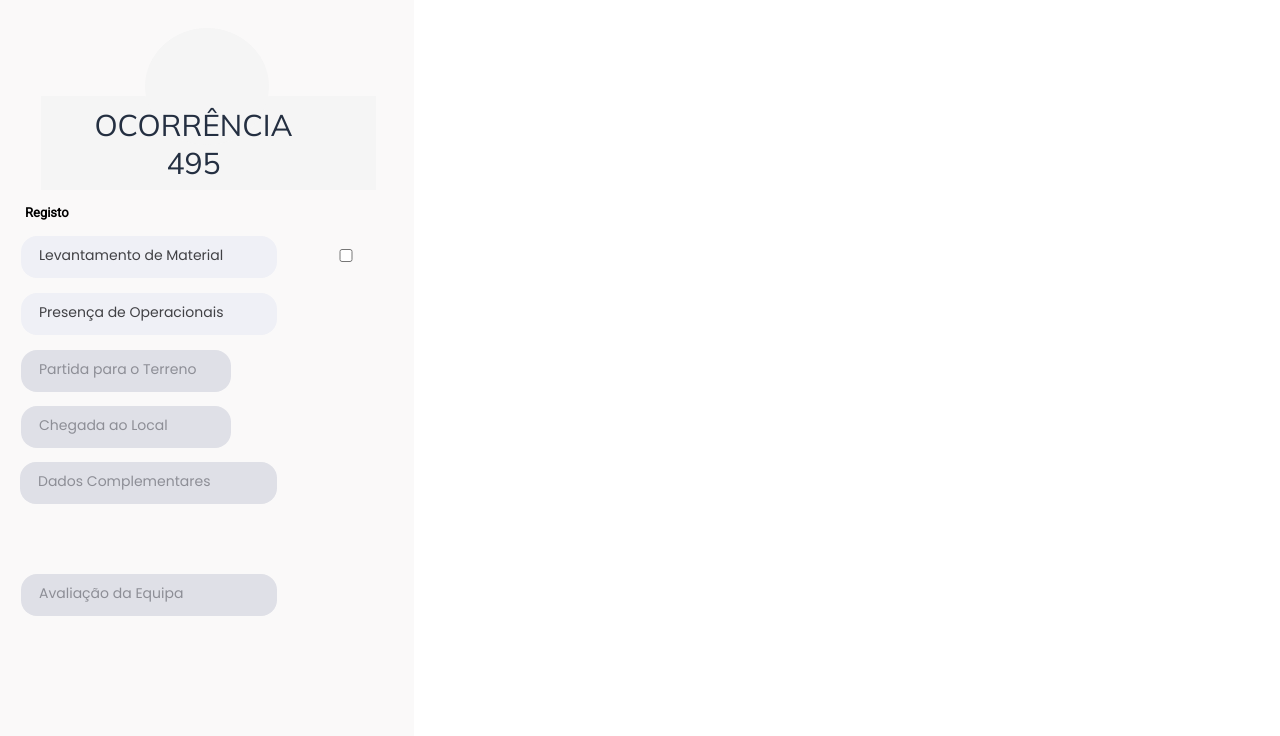
Repository: UnivMinho/D12_frontend
Page: Responsável no Terreno/Front-Office/RegistoDadosOcorrencia.html
The author's editor kept a record of every edit. The page is drawn from the files as they stood at one moment, then again after the next edit.
The browser window is 1280 px wide. The pictures show the whole page.
Some web libraries are served in a nearby version.

Above is the page before.

After the next edit:
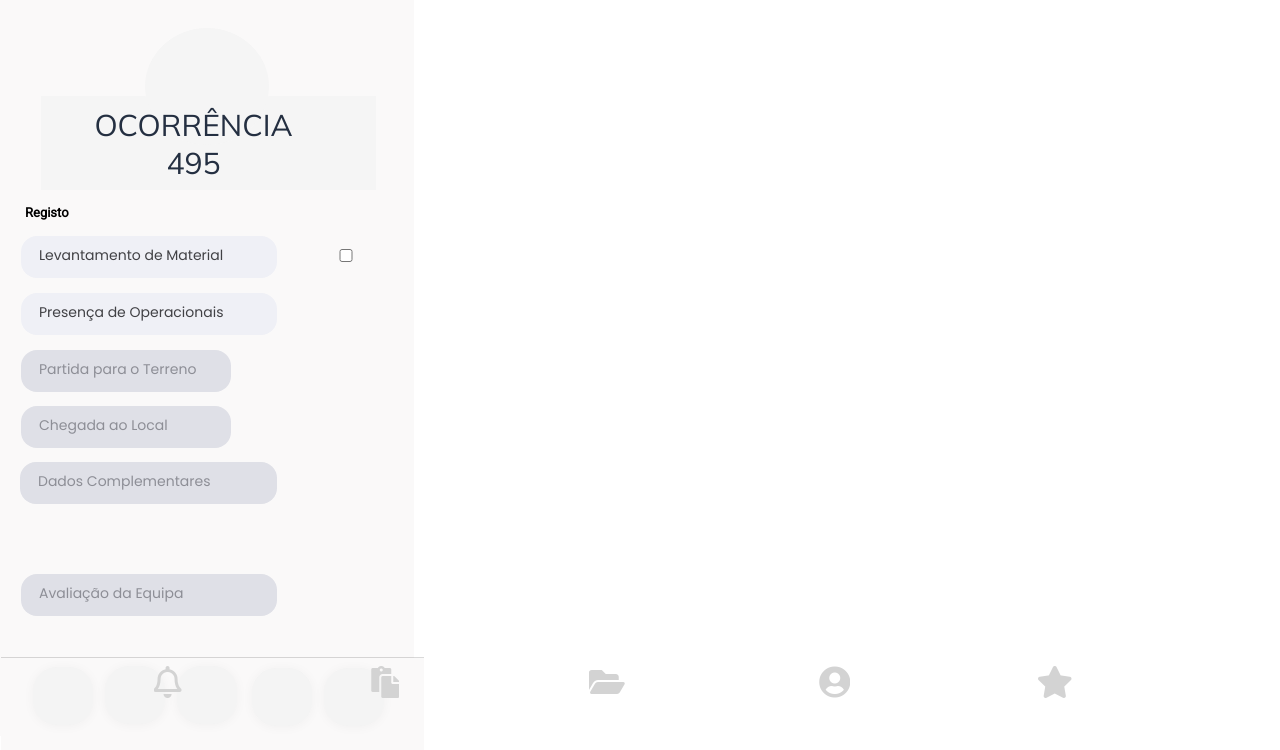
The edit:
--- a/Responsável no Terreno/Front-Office/RegistoDadosOcorrencia.html
+++ b/Responsável no Terreno/Front-Office/RegistoDadosOcorrencia.html
@@ -58,6 +58,19 @@
         <span class="v121_193">h</span>
         <span class="v121_194">m</span>
 
+        <div class="bottombar"></div> <!-- barra inferrior-->
+        <div class="firstsquare"></div> <!--primeiro quadrado-->
+        <div class="secondsquare"></div> <!--segundo quadrado-->
+        <div class="thirdsquare"></div> <!--terceiro quadrado-->
+        <div class="fourthsquare"></div> <!--quarto quadrado-->
+        <div class="fifthsquare"></div> <!--quinto quadrado-->
+        <button id="iconfirstsquarePaginaInicial" class="far fa-bell"></button> <!--icon primeiro quadrado-->
+        <button id="iconsecondsquarePaginaInicial" class="fas fa-paste"></button> <!--icon segundo quadrado-->
+        <button id="iconthirdsquarePaginaInicial" class="fas fa-folder-open"></button> <!--icon terceiro quadrado-->
+        <button id="iconfourthsquarePaginaInicial" class="fas fa-user-circle"></button> <!--icon quarto quadrado-->
+        <button id="iconfifthsquarePaginaInicial" class="fas fa-star"></button> <!--icon quinto quadrado-->
+	</div>
+
     </div>
 </body>
 
